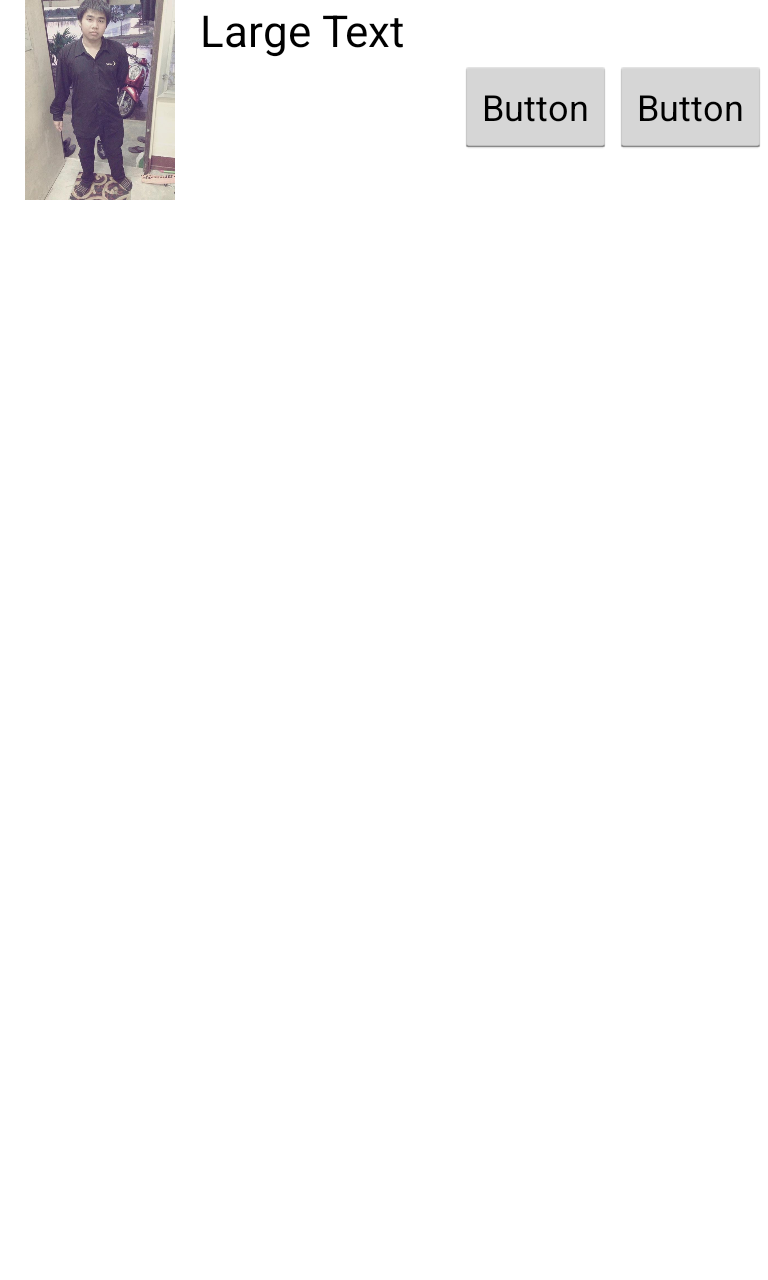
Repository: PanumartThamkawin/Resuma_55410657
Layout: Panu657/res/layout/activity_main.xml
These files come from the project's save history. The layout is drawn as it stood at one moment and after the next save; the edit follows.
It is drawn on a 768 x 1280 px phone screen (xhdpi) without system bars, with theme AppTheme; the app's code is not run.

Above is the layout before, as saved 2014-09-01 05:23:10.

After the next save:
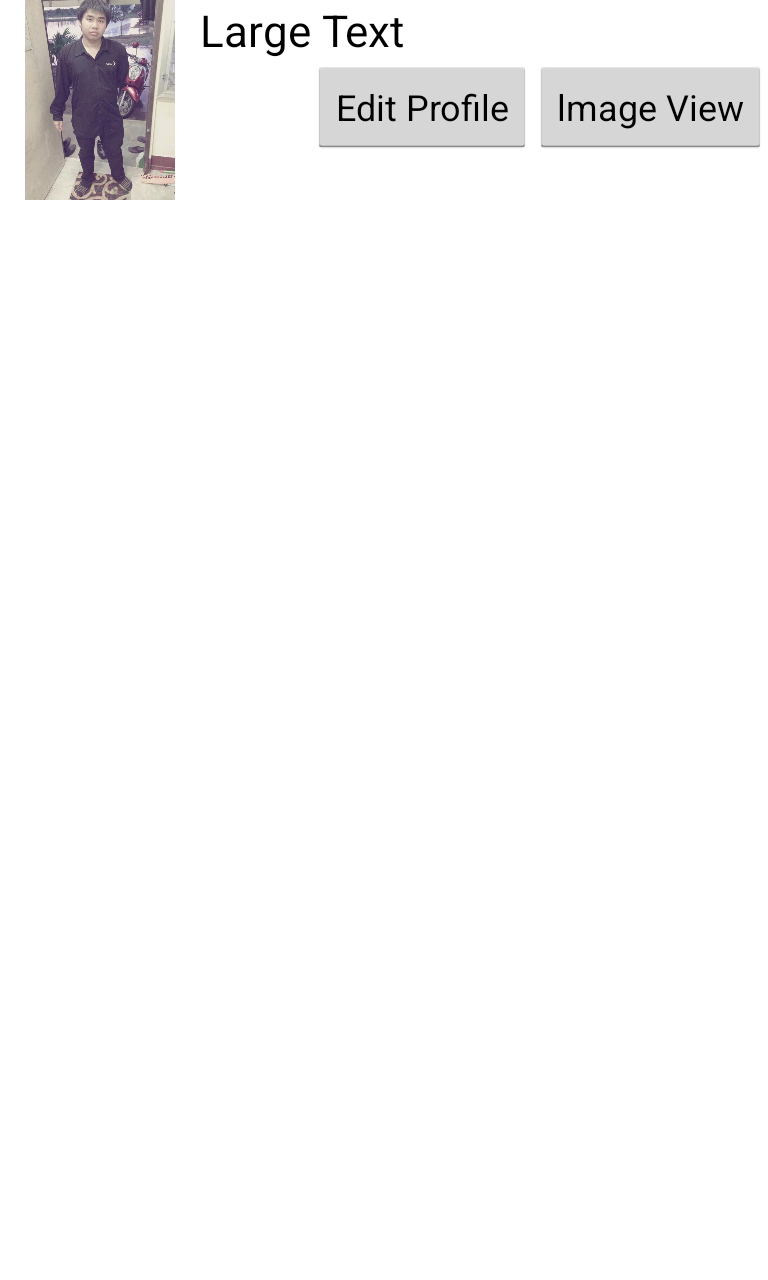
Saved 11 min 40 s later.
--- a/Panu657/res/layout/activity_main.xml
+++ b/Panu657/res/layout/activity_main.xml
@@ -36,13 +36,13 @@
             android:id="@+id/button1"
             android:layout_width="wrap_content"
             android:layout_height="wrap_content"
-            android:text="Button" />
+            android:text="Edit Profile" />
 
         <Button
             android:id="@+id/button2"
             android:layout_width="wrap_content"
             android:layout_height="wrap_content"
-            android:text="Button" />
+            android:text="lmage View" />
 
     </LinearLayout>
 
